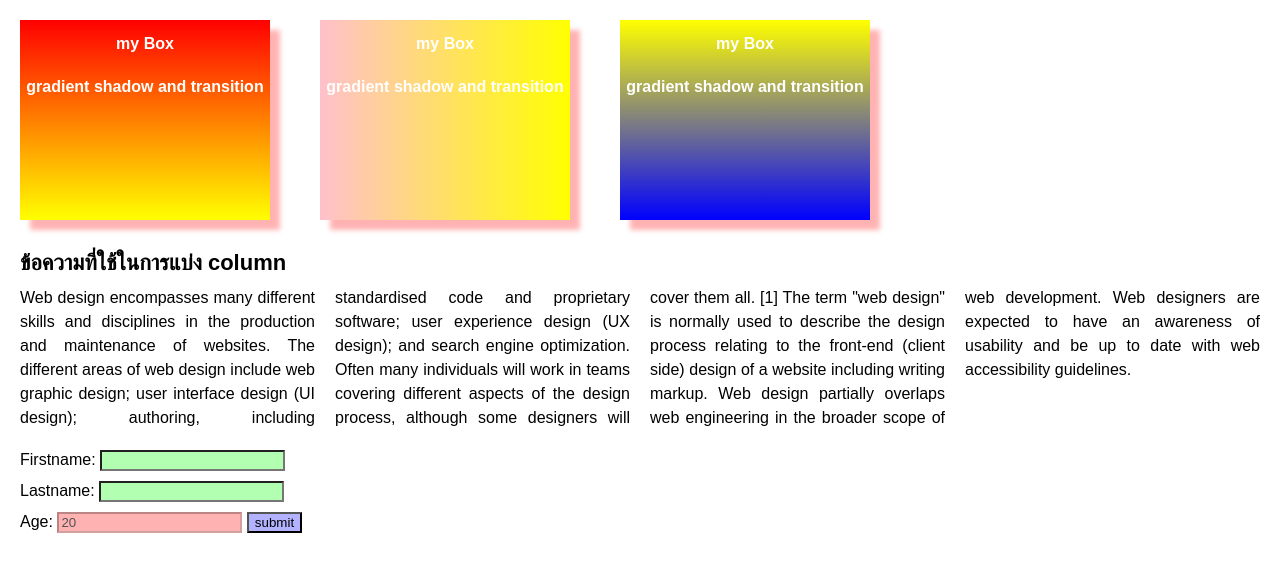
Repository: nuwat-wa/Lab_Ass_WebDesign
Page: HW04-2_IT_Sec1/lab4-2.html
An editor plug-in stored every save of this project. The page is shown before and after the next save, followed by the edit.
The browser window is 1280 px wide. The pictures show the whole page.

Above is the page before, as saved 2026-10-20 23:32:45.

After the next save:
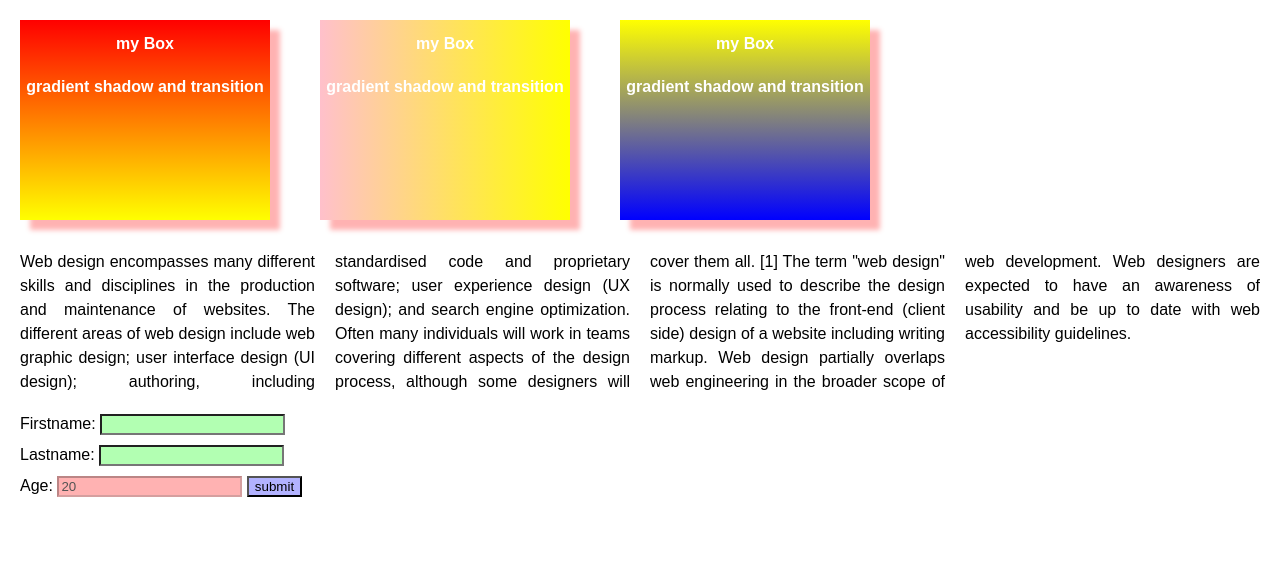
Saved 38 s later.
--- a/HW04-2_IT_Sec1/lab4-2.html
+++ b/HW04-2_IT_Sec1/lab4-2.html
@@ -121,7 +121,6 @@
     </section>
 
     <section class="column-section">
-      <h2>ข้อความที่ใช้ในการแบ่ง column</h2>
 
       <div class="column-text">
         <p>
